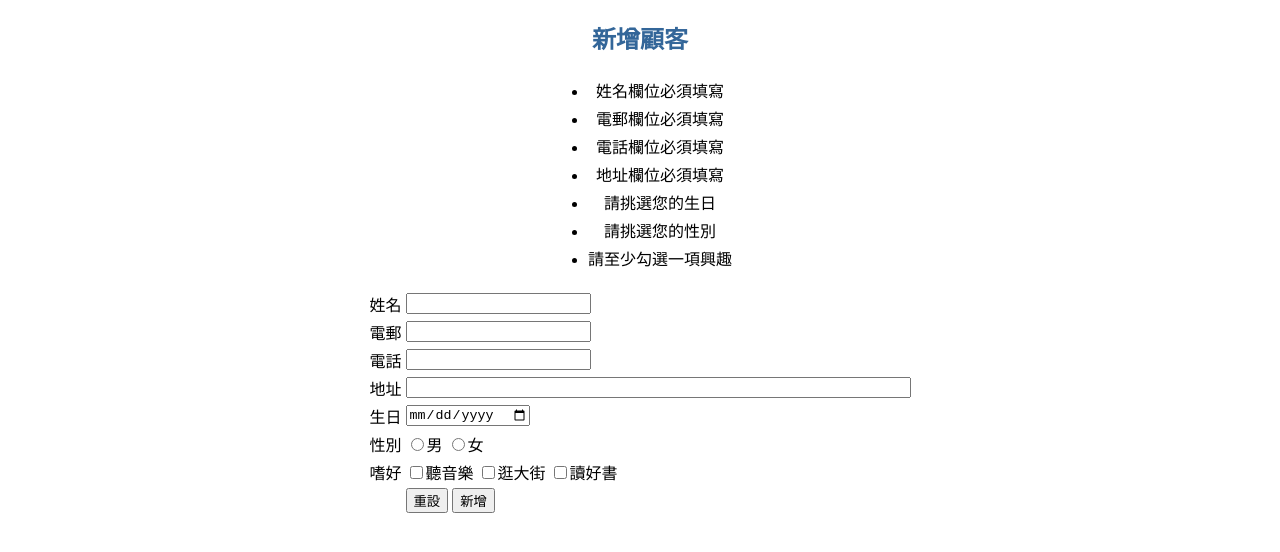
Repository: stanleydk4/JAVA_EE
Page: http://localhost/myWeb/customer/ccController.do
An editor plug-in stored every save of this project. The page is shown before and after the next save, followed by the edit.
The browser window is 1280 px wide. The pictures show the whole page.
The page is served by Tomcat 10.

Above is the page before, as saved 2024-09-20 02:23:58.

After the next save:
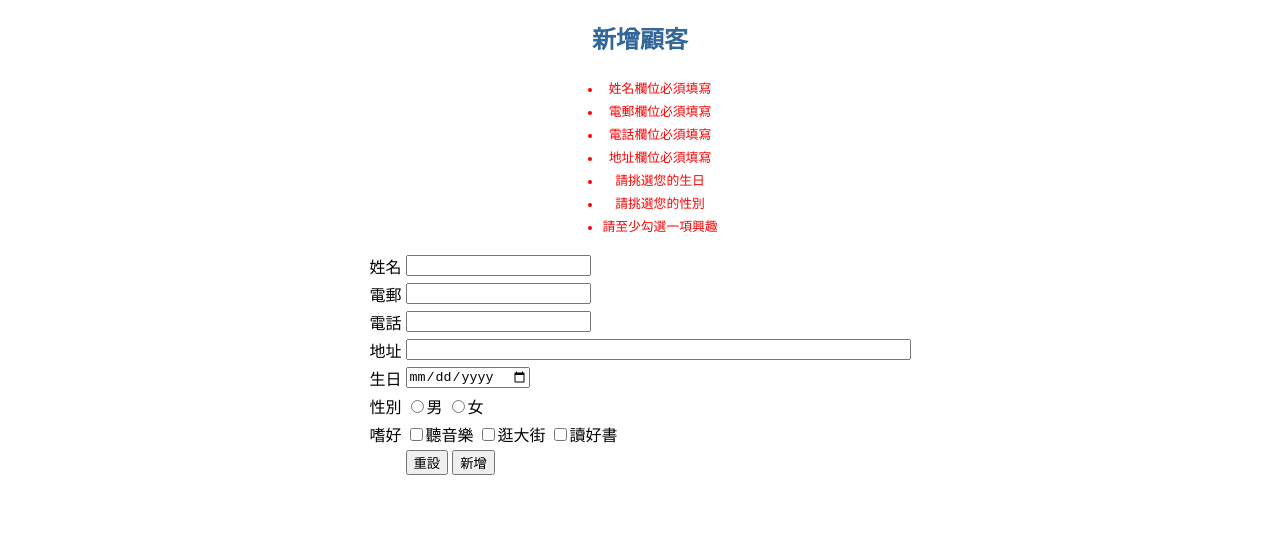
Saved 78 s later.
--- a/myWeb/src/main/webapp/customer/createCustomer.jsp
+++ b/myWeb/src/main/webapp/customer/createCustomer.jsp
@@ -13,7 +13,7 @@
 	<%-- Start Error Report --%>
 	<% LinkedList<String> errors = (LinkedList<String>)request.getAttribute("errors"); %>
 	<% if(errors != null){ %>
-		<ul>
+		<ul style="color: red; font-size: 0.8em">
 		<table border="0" style="margin:auto">
 			<% for(String error:errors){ %>
 				<tr><td><li><%= error %></li></td></tr>
